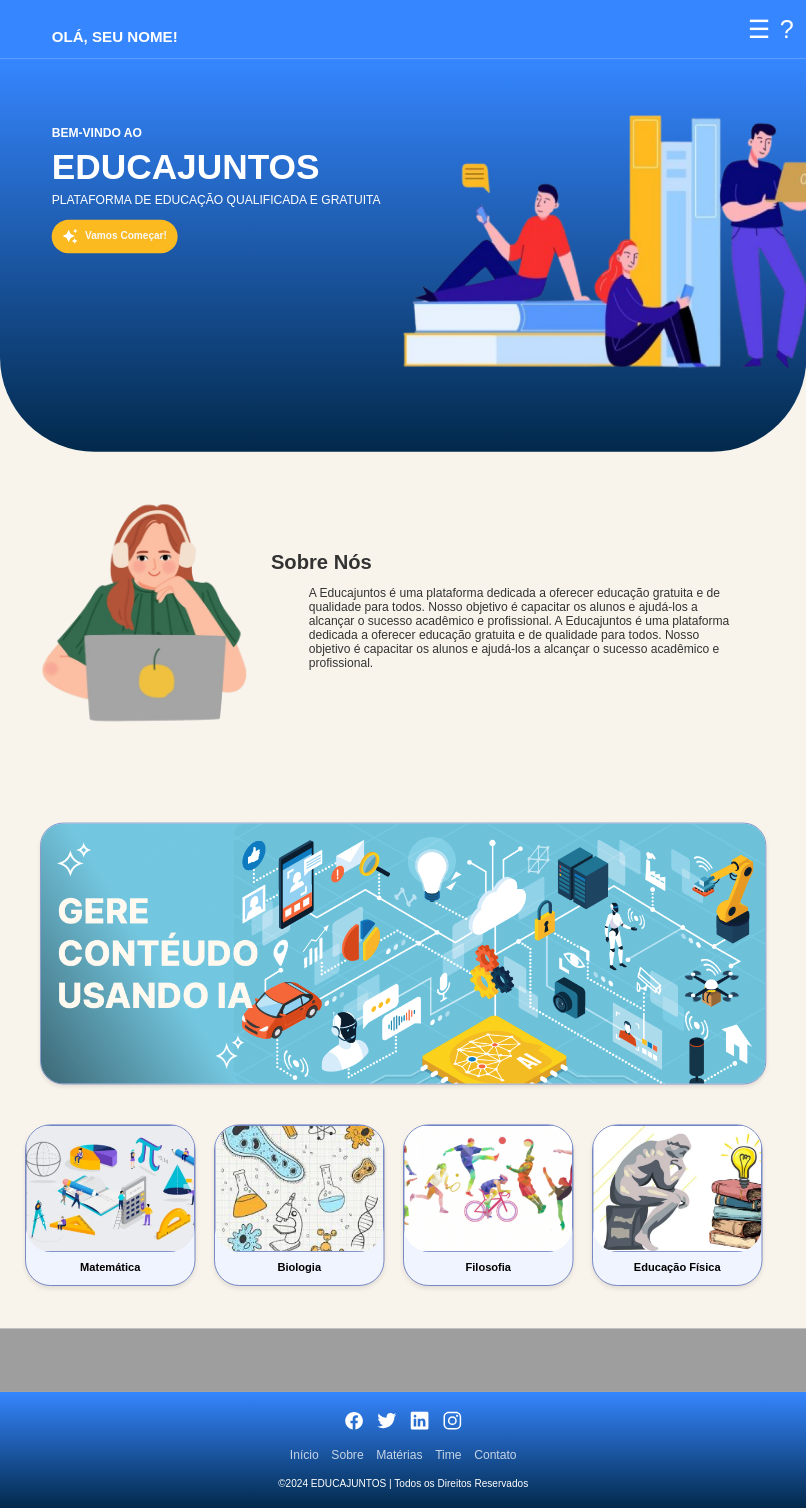
Repository: Matheus904-12/EDUCAJUNTOS
Page: inicio/index.html
An editor plug-in stored every save of this project. The page is shown before and after the next save, followed by the edit.
The browser window is 1280 px wide. The pictures show the whole page, at 63% of full size.
Pictures or frames that could not be fetched are drawn as grey boxes.

Above is the page before, as saved 2024-10-28 21:10:16.

### inicio/index.html
<!DOCTYPE html>
<html lang="pt-BR">

<head>
    <meta charset="UTF-8">
    <meta name="viewport" content="width=device-width, initial-scale=1.0">
    <title>Educajuntos</title>
    <link rel="stylesheet" href="style.css">
</head>

<body>
    <header>
        <h1>OLÁ, SEU NOME!</h1>
        <nav>
            <button class="menu-btn">&#9776;</button>
            <button class="help-btn">?</button>
            <div class="dropdown-menu">
                <a href="#home">Início</a>
                <a href="#sobre">Sobre</a>
                <a href="#materias">Matérias</a>
                <a href="#time">Time</a>
                <a href="#contato">Contato</a>
                <a href="mailto:seuemail@gmail.com">Ajuda</a>
            </div>
        </nav>
    </header>

    <section class="hero">
        <h2>BEM-VINDO AO</h2>
        <h3>EDUCAJUNTOS</h3>
        <p>PLATAFORMA DE EDUCAÇÃO QUALIFICADA E GRATUITA</p>
        <button class="btn">
            <svg height="24" width="24" fill="#FFFFFF" viewBox="0 0 24 24" data-name="Layer 1" id="Layer_1"
                class="sparkle">
                <path
                    d="M10,21.236,6.755,14.745.264,11.5,6.755,8.255,10,1.764l3.245,6.491L19.736,11.5l-6.491,3.245ZM18,21l1.5,3L21,21l3-1.5L21,18l-1.5-3L18,18l-3,1.5ZM19.333,4.667,20.5,7l1.167-2.333L24,3.5,21.667,2.333,20.5,0,19.333,2.333,17,3.5Z">
                </path>
            </svg>

            <span class="text">Vamos Começar!</span>
        </button>
        <div class="hero-image">
            <img src="../image/1.png" alt="Imagem ilustrativa de pessoas estudando">
        </div>

    </section>


    <section class="about">
        <div class="about-content">
            <img src="../image/8.png" alt="Imagem ilustrativa" class="about-image">
            <div class="about-text">
                <h2>Sobre Nós</h2>
                <p>A Educajuntos é uma plataforma dedicada a oferecer educação gratuita e de qualidade para todos. Nosso
                    objetivo é capacitar os alunos e ajudá-los a alcançar o sucesso acadêmico e profissional.
                    A Educajuntos é uma plataforma dedicada a oferecer educação gratuita e de qualidade para todos. Nosso
                    objetivo é capacitar os alunos e ajudá-los a alcançar o sucesso acadêmico e profissional.</p>
            </div>
        </div>
    </section>
    <br>
    <br>
    <br>

    <main>

        <div class="category-card large">
            <img src="../image/7.png" alt="IA">
        </div>

        <section class="categories">
            <div class="category-card">
                <img src="../image/2.png" alt="Matemática">
                <p>Matemática</p>
                <br>
            </div>
            <div class="category-card">
                <img src="../image/3.png" alt="Biologia">
                <p>Biologia</p>
                <br>
            </div>
            <div class="category-card">
                <img src="../image/6.png" alt="Filosofia">
                <p>Filosofia</p>
                <br>
            </div>
            <div class="category-card">
                <img src="../image/5.png" alt="Educação Física">
                <p>Educação Física</p>
                <br>
            </div>
        </section>
    </main>

    <footer class="footer">
        <div class="waves">
            <div class="wave" id="wave1"></div>
            <div class="wave" id="wave2"></div>
            <div class="wave" id="wave3"></div>
            <div class="wave" id="wave4"></div>
        </div>
        <ul class="social-icon">
            <li class="social-icon__item"><a class="social-icon__link" href="#">
                    <ion-icon name="logo-facebook"></ion-icon>
                </a></li>
            <li class="social-icon__item"><a class="social-icon__link" href="#">
                    <ion-icon name="logo-twitter"></ion-icon>
                </a></li>
            <li class="social-icon__item"><a class="social-icon__link" href="#">
                    <ion-icon name="logo-linkedin"></ion-icon>
                </a></li>
            <li class="social-icon__item"><a class="social-icon__link" href="#">
                    <ion-icon name="logo-instagram"></ion-icon>
                </a></li>
        </ul>
        <ul class="menu">
            <li class="menu__item"><a class="menu__link" href="#">Início</a></li>
            <li class="menu__item"><a class="menu__link" href="#">Sobre</a></li>
            <li class="menu__item"><a class="menu__link" href="#">Matérias</a></li>
            <li class="menu__item"><a class="menu__link" href="#">Time</a></li>
            <li class="menu__item"><a class="menu__link" href="#">Contato</a></li>

        </ul>
        <p>&copy;2024 EDUCAJUNTOS | Todos os Direitos Reservados</p>
    </footer>
    <script type="module" src="https://unpkg.com/ionicons@5.5.2/dist/ionicons/ionicons.esm.js"></script>
    <script nomodule src="https://unpkg.com/ionicons@5.5.2/dist/ionicons/ionicons.js"></script>

    <script>
        // Redireciona para a tela de login ao clicar no botão "Vamos Começar"
        function goToLogin() {
            window.location.href = "tela-de-login.html"; // Substitua com o caminho correto da sua página de login
        }

        // Controla o dropdown do menu hamburguer
        document.addEventListener("DOMContentLoaded", function () {
            const menuBtn = document.querySelector(".menu-btn");
            const dropdownMenu = document.querySelector(".dropdown-menu");

            menuBtn.addEventListener("click", () => {
                // Alterna a visibilidade do menu dropdown
                if (dropdownMenu.style.display === "none" || dropdownMenu.style.display === "") {
                    dropdownMenu.style.display = "flex";
                    dropdownMenu.style.flexDirection = "column";
                    dropdownMenu.style.gap = "10px";
                } else {
                    dropdownMenu.style.display = "none";
                }
            });
        });
    </script>


</body>

</html>

### inicio/style.css
* {
    margin: 0;
    padding: 0;
    box-sizing: border-box;
    font-family: Arial, sans-serif;
}

body {
    background-color: #F8F4EB;
    color: #333;
}

header {
    background-color: #3586ff;
    color: #fff;
    padding: 20px;
    display: flex;
    justify-content: space-between;
    align-items: center;
}

header h1 {
    font-size: 1.5em;
    margin-left: 5%;
    margin-top: 2%;
}

nav {
    display: flex;
    gap: 15px;
}

.menu-btn,
.help-btn {
    background: none;
    border: none;
    color: #fff;
    font-size: 2.5em;
    cursor: pointer;
}

/* Hero Section with Rounded Bottom Borders and Centered Image */
.hero {
    background: linear-gradient(#3586ff, #02294b);
    color: #fff;
    padding: 45px 20px;
    border-bottom-left-radius: 150px;
    border-bottom-right-radius: 150px;
    position: relative;
    display: flex;
    flex-direction: column;
    align-items: flex-start;
    overflow: hidden;

}

.hero h2 {
    font-size: 1.2em;
    margin-bottom: 10px;
    font-weight: bold;
    margin-left: 5%;
    margin-top: 5%;
}

.hero h3 {
    font-size: 3.5em;
    margin-bottom: 10px;
    font-weight: bold;
    margin-left: 5%;
}

.hero p {
    font-size: 1.2em;
    margin-bottom: 20px;
    margin-left: 5%;
}

.hero-image {
    display: flex;
    margin-left: 45%;
    width: 782px;
    height: 580px;
    margin-top: -25%;
}

.hero-image img {
    width: 100%;
    height: auto;
    border-radius: 0 0 150px 150px;
}

/* Categories Section */
.categories {
    display: grid;
    grid-template-columns: repeat(4, 1fr);
    gap: 0px;
    padding: 40px;
}

.category-card {
    background-color: #F0F4FF;
    /* Cor de fundo suave */
    border: 1px solid #334EAC;
    /* Contorno azul */
    border-radius: 40px;
    text-align: center;
    box-shadow: 0px 4px 8px rgba(0, 0, 0, 0.1);
    width: 90%;
    height: 100%;

}

.category-card img {
    width: 100%;
    border-radius: 40px;
    margin-top: 0px;
}

.category-card p {
    margin-top: 10px;
    font-size: 1.1em;
    font-weight: bold;
    color: #000000;
}

/* Ajuste do card para o modo grande */
.category-card.large {
    grid-column: span 2;
    display: flex;
    justify-content: center;
    align-items: center;
    font-size: 1.5em;
    font-weight: bold;
    width: 100%;
    transform: scale(90%);
    border-radius: 40px;
}

/* From Uiverse.io by AlimurtuzaCodes */
.btn {
    border: none;
    width: 15em;
    height: 4em;
    border-radius: 3em;
    display: flex;
    justify-content: center;
    align-items: center;
    gap: 12px;
    background: #fbba20;
    cursor: pointer;
    transition: all 450ms ease-in-out;
    margin-left: 5%;
}

.sparkle {
    fill: #ffffff;
    transition: all 800ms ease;
}

.text {
    font-weight: 600;
    color: #f8f8f8;
    font-size: medium;
}

.btn:hover {
    background: linear-gradient(0deg, #cca152);
    box-shadow: inset 0px 1px 0px 0px rgba(255, 255, 255, 0.4),
        inset 0px -4px 0px 0px rgba(0, 0, 0, 0.2),
        0px 0px 0px 4px rgba(255, 255, 255, 0.2),
        0px 0px 180px 0px #334EAC;
    transform: translateY(-2px);
}

.btn:hover .text {
    color: white;
}

.btn:hover .sparkle {
    fill: white;
    transform: scale(1.2);
}

.footer {
    position: relative;
    width: 100%;
    background: linear-gradient(#3586ff, #02294b);
    min-height: 100px;
    padding: 20px 50px;
    display: flex;
    justify-content: center;
    align-items: center;
    flex-direction: column;
    margin-top: 10%;
}

.social-icon,
.menu {
    position: relative;
    display: flex;
    justify-content: center;
    align-items: center;
    margin: 10px 0;
    flex-wrap: wrap;
}

.social-icon__item,
.menu__item {
    list-style: none;
}

.social-icon__link {
    font-size: 2rem;
    color: #fff;
    margin: 0 10px;
    display: inline-block;
    transition: 0.5s;
}

.social-icon__link:hover {
    transform: translateY(-10px);
}

.menu__link {
    font-size: 1.2rem;
    color: #fff;
    margin: 0 10px;
    display: inline-block;
    transition: 0.5s;
    text-decoration: none;
    opacity: 0.75;
    font-weight: 300;
}

.menu__link:hover {
    opacity: 1;
}

.footer p {
    color: #fff;
    margin: 15px 0 10px 0;
    font-size: 1rem;
    font-weight: 300;
}

.wave {
    position: absolute;
    top: -100px;
    left: 0;
    width: 100%;
    height: 100px;
    background: url("https://i.ibb.co/wQZVxxk/wave.png");
    background-size: 1000px 100px;
}

.wave#wave1 {
    z-index: 1000;
    opacity: 1;
    bottom: 0;
    animation: animateWaves 4s linear infinite;
}

.wave#wave2 {
    z-index: 999;
    opacity: 0.5;
    bottom: 10px;
    animation: animate 4s linear infinite !important;
}

.wave#wave3 {
    z-index: 1000;
    opacity: 0.2;
    bottom: 15px;
    animation: animateWaves 3s linear infinite;
}

.wave#wave4 {
    z-index: 999;
    opacity: 0.7;
    bottom: 20px;
    animation: animate 3s linear infinite;
}

@keyframes animateWaves {
    0% {
        background-position-x: 1000px;
    }

    100% {
        background-positon-x: 0px;
    }
}

@keyframes animate {
    0% {
        background-position-x: -1000px;
    }

    100% {
        background-positon-x: 0px;
    }
}

/* Estilo para a seção Sobre Nós */
.about {
    display: flex;
    align-items: center;
    justify-content: center;
    padding: 60px;
}

.about-content {
    display: flex;
    align-items: center;
    gap: 20px;
}

.about-image {
    width: 350px;
    border-radius: 10px;

}

.about-text h2 {
    font-size: 2em;
    margin-bottom: 10px;
}

.about-text p {
    font-size: 1.2em;
    color: #333;
    padding: 10px 60px;
}

/* Estilo do menu dropdown */
.dropdown-menu {
    display: none;
    position: absolute;
    top: 60px;
    right: 20px;
    background-color: #3586ff;
    padding: 10px;
    border-radius: 8px;
    box-shadow: 0 4px 8px rgba(0, 0, 0, 0.2);
    z-index: 100;
    flex-direction: column;
    gap: 10px;
}

.dropdown-menu a {
    color: white;
    text-decoration: none;
    padding: 8px;
    display: block;
    text-align: center;
    background-color: #02294b;
    border-radius: 4px;
    transition: background-color 0.3s;
}

.dropdown-menu a:hover {
    background-color: #1e4e8c;
}

/* Exibir menu dropdown ao clicar */
.menu-btn.active + .dropdown-menu {
    display: flex;
}

After the next save:
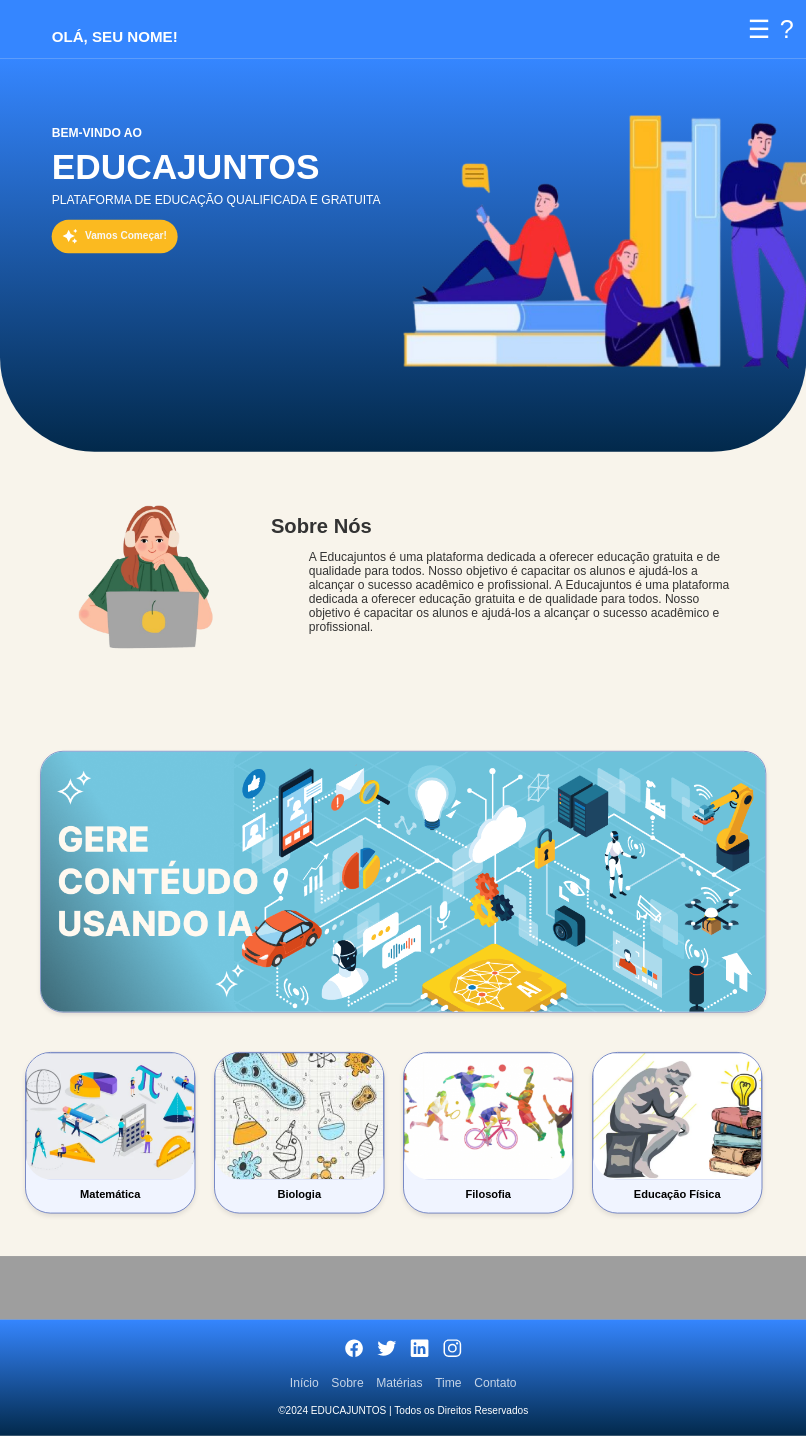
Saved 16 s later.
--- a/inicio/style.css
+++ b/inicio/style.css
@@ -318,7 +318,7 @@
 .about-image {
     width: 350px;
     border-radius: 10px;
-
+    padding: 10px 60px;
 }
 
 .about-text h2 {

After the save that followed:
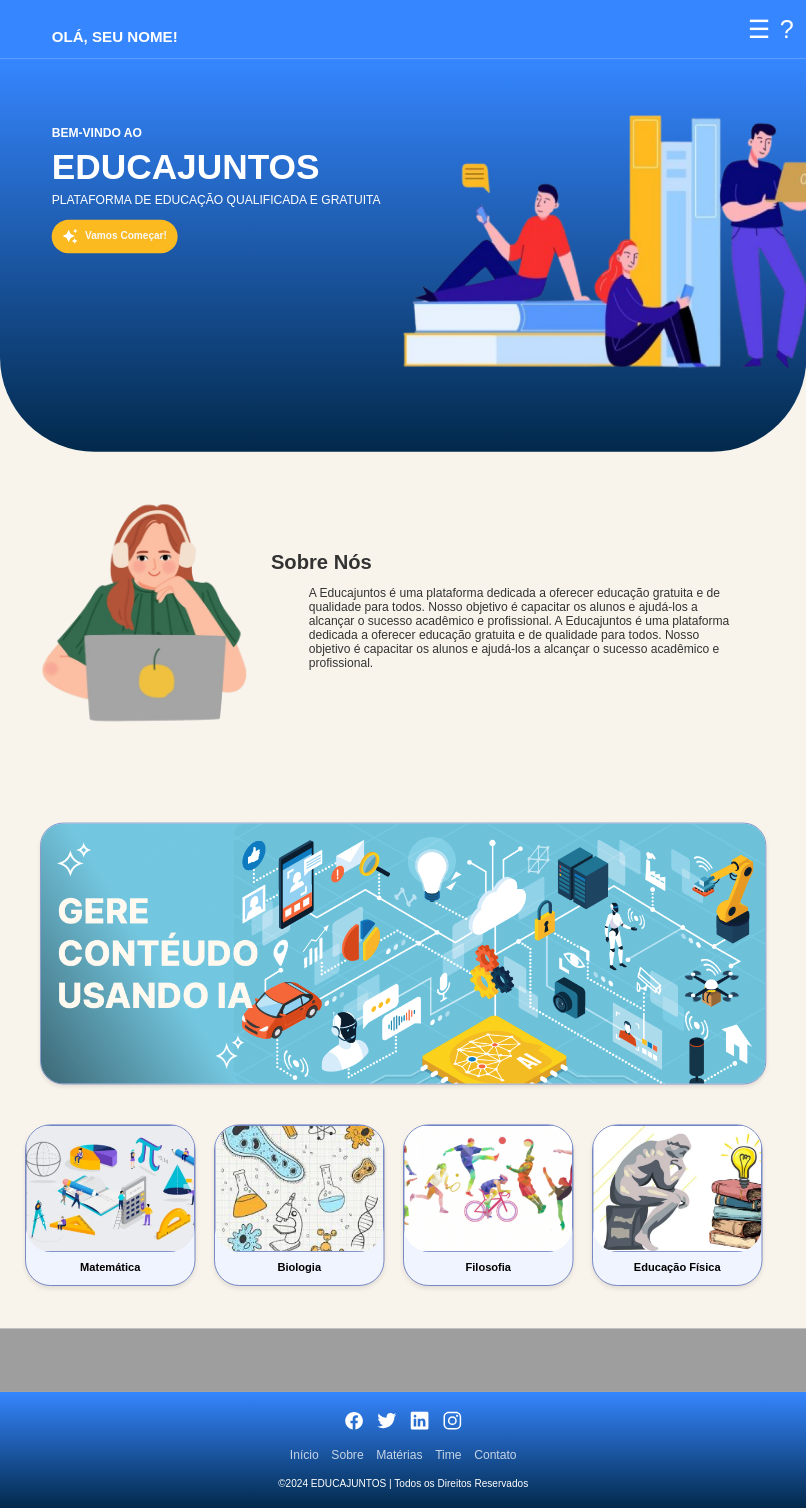
Saved 5 s later.
--- a/inicio/style.css
+++ b/inicio/style.css
@@ -318,7 +318,6 @@
 .about-image {
     width: 350px;
     border-radius: 10px;
-    padding: 10px 60px;
 }
 
 .about-text h2 {
